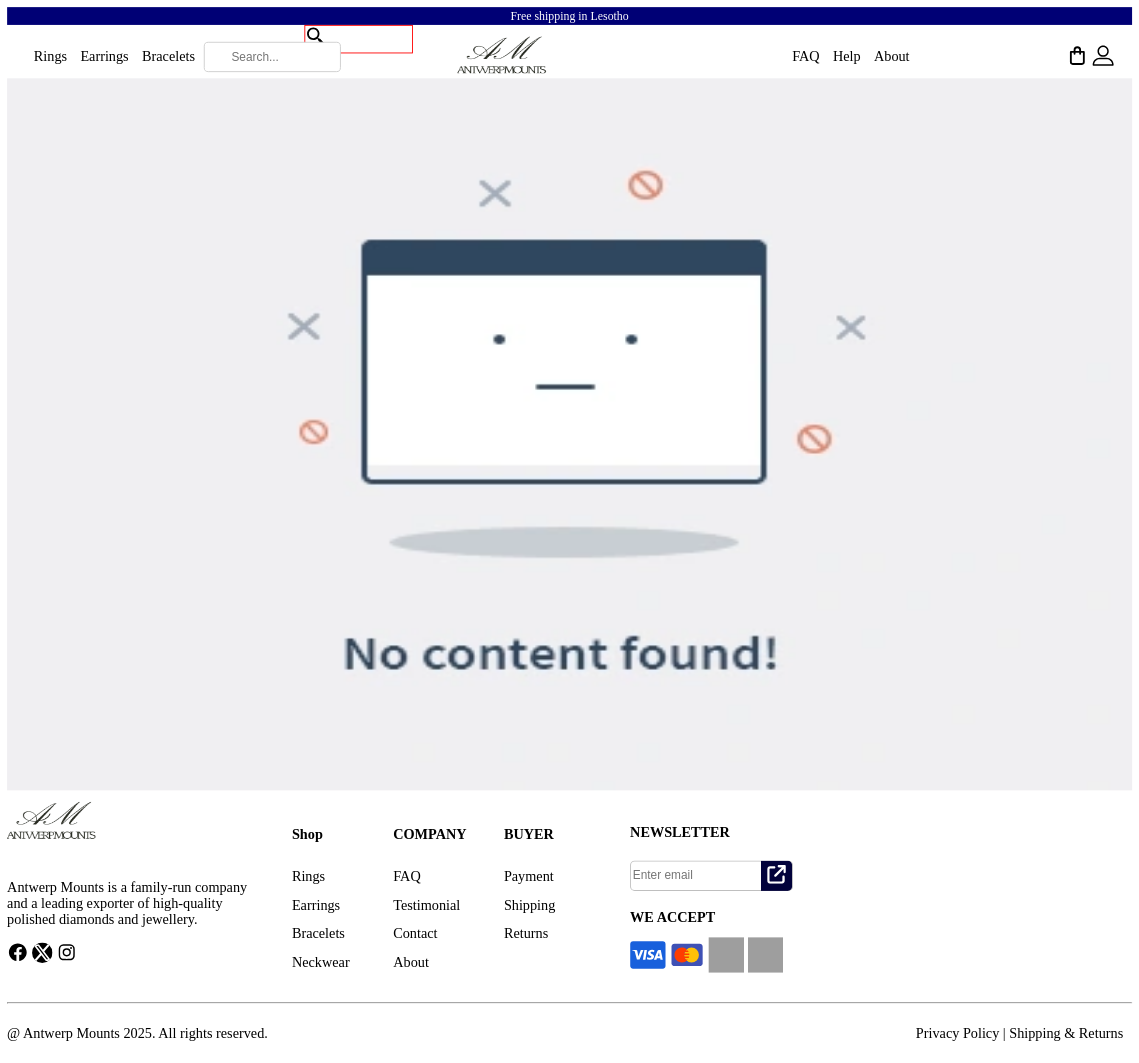
Repository: kea-0424/Web-Development-Project-1
Page: First_collaboration/JewelarySite.html
The author's editor kept a copy of each file at every save. The page is drawn from the files as they stood at one save, then again after a run of saves.
The browser window is 1280 px wide. The pictures show the whole page, at 89% of full size.
Pictures or frames that could not be fetched are drawn as grey boxes.

Above is the page before, as saved 2025-01-23 11:47:39.

After the next 2 saves:
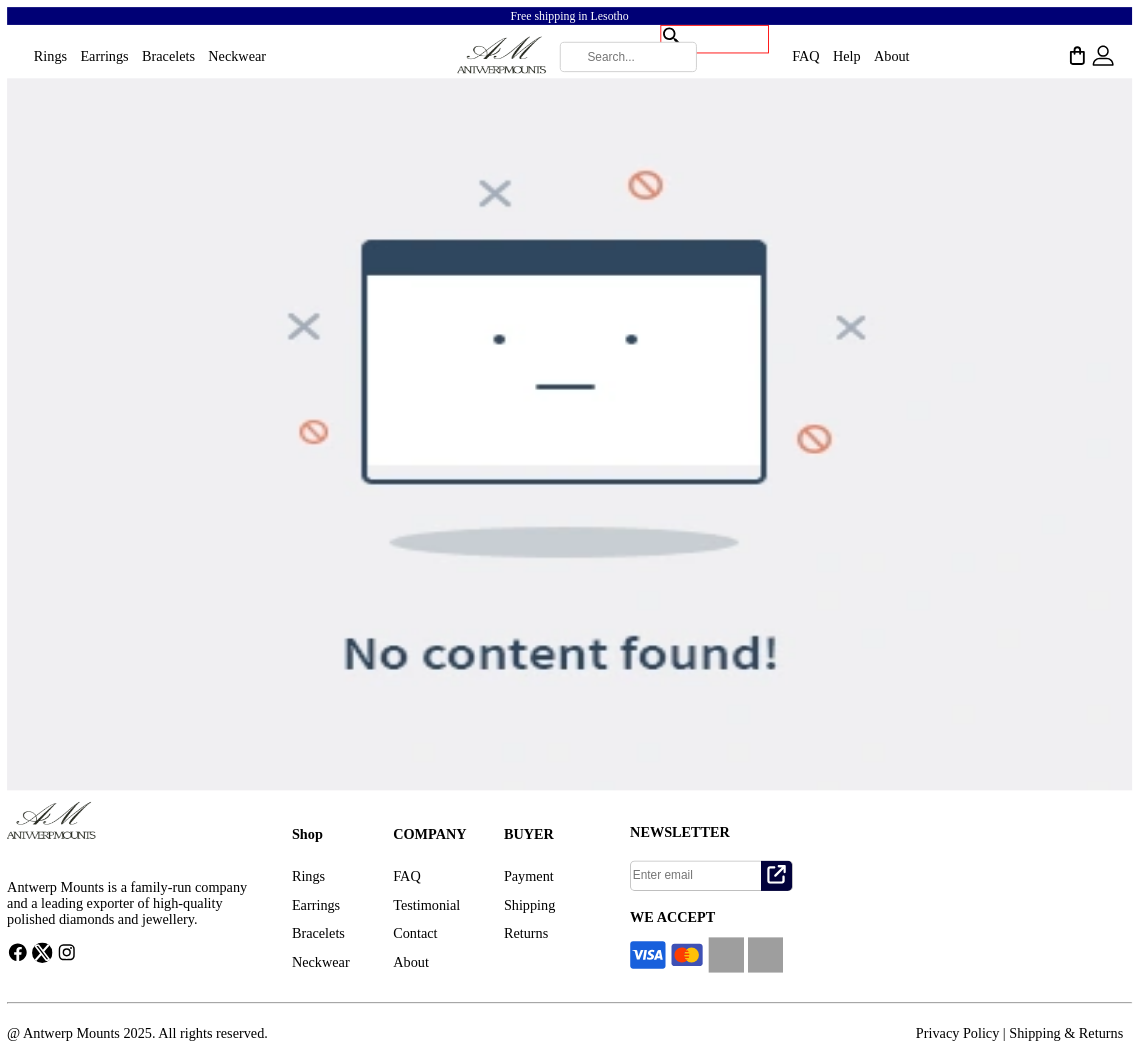
The 2 saves are shown as one change because they came seconds apart.
The last was saved 26 s later.
--- a/First_collaboration/JewelarySite.css
+++ b/First_collaboration/JewelarySite.css
@@ -76,7 +76,7 @@ border: 1px solid red;
     width: 120px;
     height: 30px;
     position: relative;
-    right: 200px;
+    left: 200px;
 }
 .searchbar_icon{
     position: absolute;
